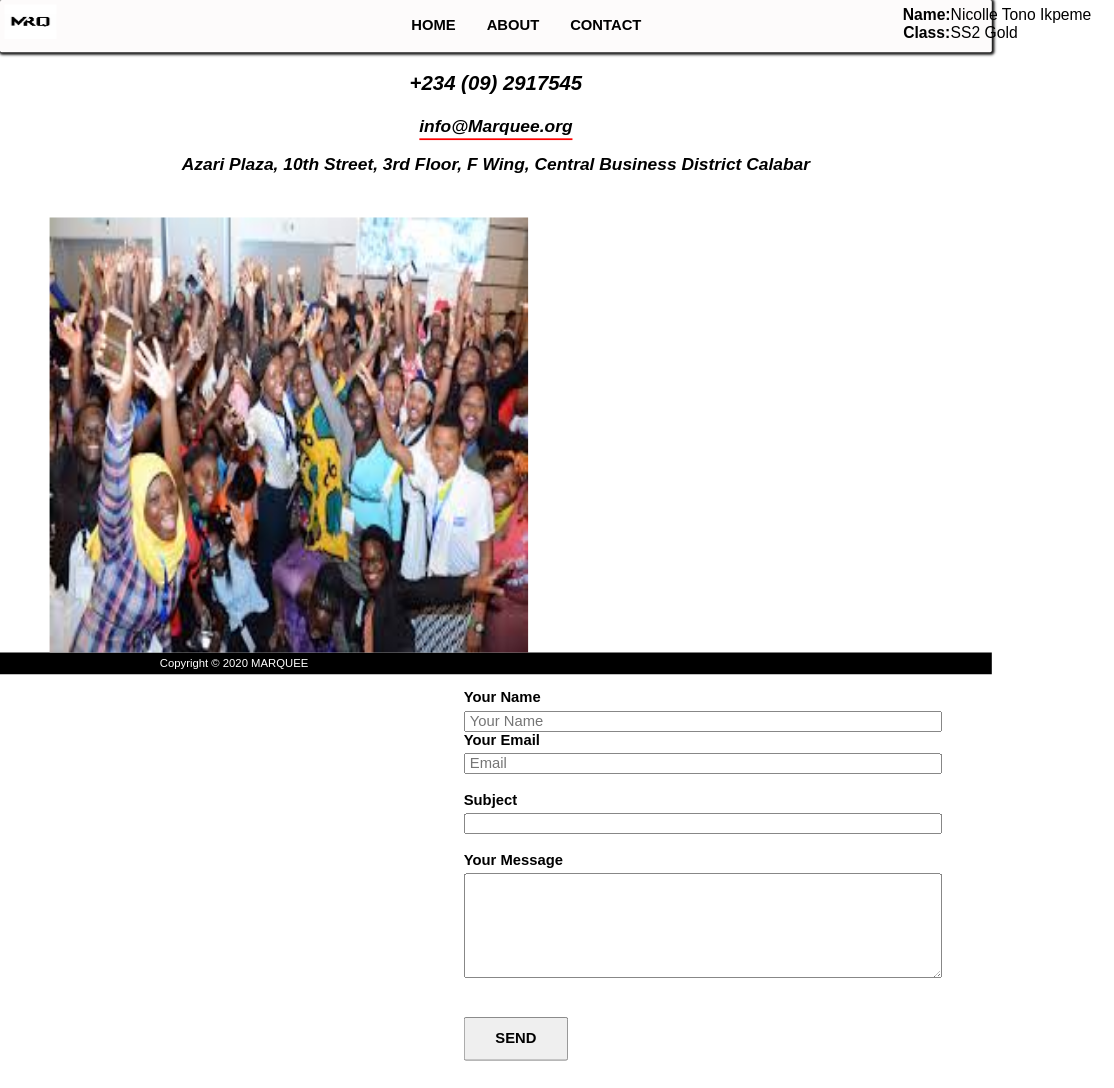
Repository: pboi18/Marquee.org
Page: contact.html
An editor plug-in stored every save of this project. The page is shown before and after the next save, followed by the edit.
The browser window is 1280 px wide. The pictures show the whole page, at 87% of full size.

Above is the page before, as saved 2020-07-11 21:13:39.

### contact.html
<!DOCTYPE html>
<html>
    <head>
        <meta charset="utf-8">
        <link rel="icon" type="image/png" sizes="16x16" href="img/logo.png">
        <title>Marquee</title>

        <link rel="stylesheet" href="style.css" >
        <link rel="stylesheet" href="normalize.css" >


    </head>

    <body>

        <div class="main">
            <nav>

                    <div class="navbar2">

                        <img src="img/logo.png" alt="MARQUEE" class="logo">

                        <ul class="main-nav">
                            <li>
                                <a href="home.html">
                                    Home
                                </a>
                            </li>

                            <li>
                                <a href="about.html">
                                    ABOUT
                                </a>
                            </li>

                            <li>
                                <a href="contact.html">
                                    CONTACT
                                </a>
                            </li>

                        </ul>

                        <table class="id">
                            <tr>
                                <th>Name:</th>
                                <td> Nicolle Tono Ikpeme</td>
                            </tr>

                            <tr>
                                <th>Class:</th>
                                <td> SS2 Gold</td>
                            </tr>

                        </table>



                </div>

            </nav>

            <div class="con">
                <div class="contact">
                    <address>
                        <h3>+234 (09) 2917545</h3>
                        <a href="info@Marquee.org" style="text-decoration: none; color: black;
                        font-weight: bold; border-bottom: 2px solid red; padding-bottom: 3px;">
                            info@Marquee.org
                        </a><br>
                        <p style="font-weight: bold;">Azari Plaza, 10th Street, 3rd Floor, F Wing, Central Business District Calabar</p>
                    </address>
                </div>


                <div style="height: 500px;">
                    <img src="img/images.jpg" alt="Happy women" class="image">

                    <form class="form2">
                        <h4 style="margin-top: 0px;">Get In Touch With Us</h4>
                        <label>Your Name </label>
                        <input type="text" name="Name" placeholder="Your Name" required style="width: 100%; font-weight: 100; padding-left: 5px; margin-top: 5px;">
                        <label>Your Email</label>
                        <input type="email"  placeholder="Email" required style="width: 100%; font-weight: 100; padding-left: 5px; margin-top: 5px;"><br><br>
                        <label>Subject</label>
                        <input type="text" style="width: 100%; margin-top: 5px;"><br><br>
                        <label>Your Message</label>
                        <textarea style="width: 100%; height: 120px; margin-top: 5px;"></textarea>
                        <!-- <input type="submit" value="SEND" name="send" style="margin-top: 40px;"> -->

                        <button type="submit" style="margin-top: 40px; width: 120px; height: 50px;">SEND</button>

                    </form>

                </div>
            </div>

        </div>
        <footer>
            <P style="color: white; text-align: center; margin: 0; font-size: small; padding: 5px;">
                Copyright &copy; 2020 MARQUEE
            </P>
        </footer>
    </body>
</html>

### style.css
* {
    margin: o;
    padding: 0;
    box-sizing: border-box;
}

html {
    background-color: #fff;
    max-width: 1140px;
    font-size: 20px;
    font-weight: 300;
    font-family: Arial, Helvetica, sans-serif;
    /* text-rendering: optimizeLegibility; */
}



h1 {
    margin: 0;
}

label {
    display: block;
}

/* header {
    background-image: linear-gradient( rgba(0, 0, 0, 0.4), rgba(0, 0, 0, 0.4)), url(img/home.jpg);
    height: 100vh;
    background-size: cover;
    background-position: center;
} */


.logo {
    height: 40px;
    width: 60px;
    float: left;
    margin: 5px;
}

.main-nav {
    list-style: none;
    margin: auto;
    margin-top: 10px;
    text-align: center;


}

.main-nav li {
    display: inline-block;
    margin: 10px 15px;
    font-size: 85%;

}

.main-nav li a:link,
.main-nav li a:visited {
    color: #000;
    text-decoration: none;
    text-transform: uppercase;
    font-weight: bold;
    padding: 3px 0px;
    border-bottom: 3px solid transparent;
    transition: border-bottom 0.2s;
}

.main-nav li a:hover,
.main-nav li a:active {
    border-bottom: 3px solid rgb(158, 0, 0);
}
.id {
    float: right;
    margin-right: 5px;
    margin: auto;
    position: absolute;
    top: 1%;
    right: 2%;
    padding: 10px;
    font-size: 90%;

}

.navbar {
    height: 50px;
    width: 100%;
    display: inline-block;
    border-radius: 2px;
    box-shadow: 0px 3px -1px 2px rgb(190, 189, 189);
    position: fixed;
    background-color: rgb(253, 251, 251);
}

.navbar2 {
    height: 60px;
    width: 100%;
    display: inline-block;
    border-radius: 2px;
    box-shadow: 1px 1px 3px 2px rgb(20, 20, 20);
    /* position: fixed; */
    background-color: rgb(253, 251, 251);
}

.numb {
    border: solid 5px rgb(63, 62, 62);
    text-align: center;
    width: 40px;
    height: 30px;
    align-self: center;
    border-radius: 50%;
    margin: auto;
    background-color: rgb(63, 62, 62);
    color: white;
}
.wup {
    padding-top: 10px;

    background: linear-gradient(180deg, #DF2828 5.21%, rgba(223, 40, 40, 0.427083) 55.73%, rgba(223, 40, 40, 0.427083) 64.06%, rgba(223, 40, 40, 0.427083) 73.44%, rgba(222, 17, 17, 0.427083) 100%, rgba(170, 77, 77, 0) 100%);
}

.cover {
    border-radius: 5px;
    margin: auto;
}

.sec {
    background-color: black;
    height: 250px;
    width: 100%;
    text-align: center;
}



main {
    width: 1000px;
    margin: auto;
}

.con {
    width: 90%;
    margin: auto;
    ;

}
.contact {
    text-align: center;
    margin: auto;
    margin-bottom: 50px;
}
.image {
    width: 550px;
    height: 500px;
    float: left;
}

.form2 {
    float: right;
    text-align: left;
    width: 550px;
    height: 500px;
    font-size: 85%;
    font-weight: bold;
}

footer {
    background-color: #000;
}

Loaded but not shown: normalize.css (library)

After the next save:
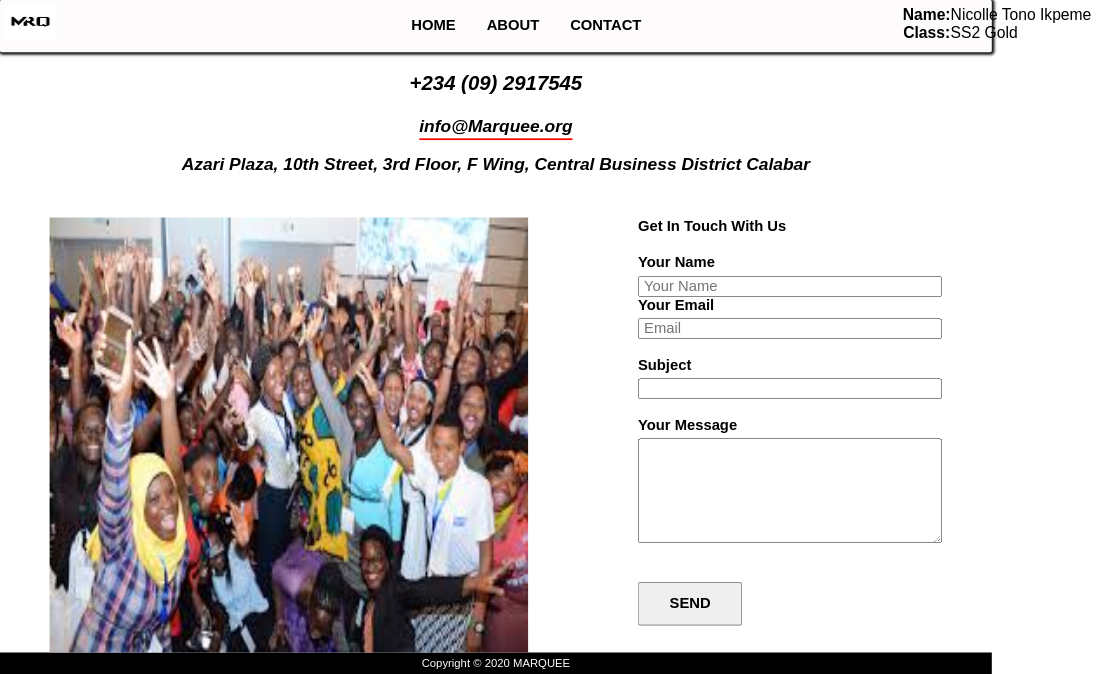
Saved 71 s later.
--- a/style.css
+++ b/style.css
@@ -157,8 +157,6 @@ main {
 .form2 {
     float: right;
     text-align: left;
-    width: 550px;
-    height: 500px;
     font-size: 85%;
     font-weight: bold;
 }
